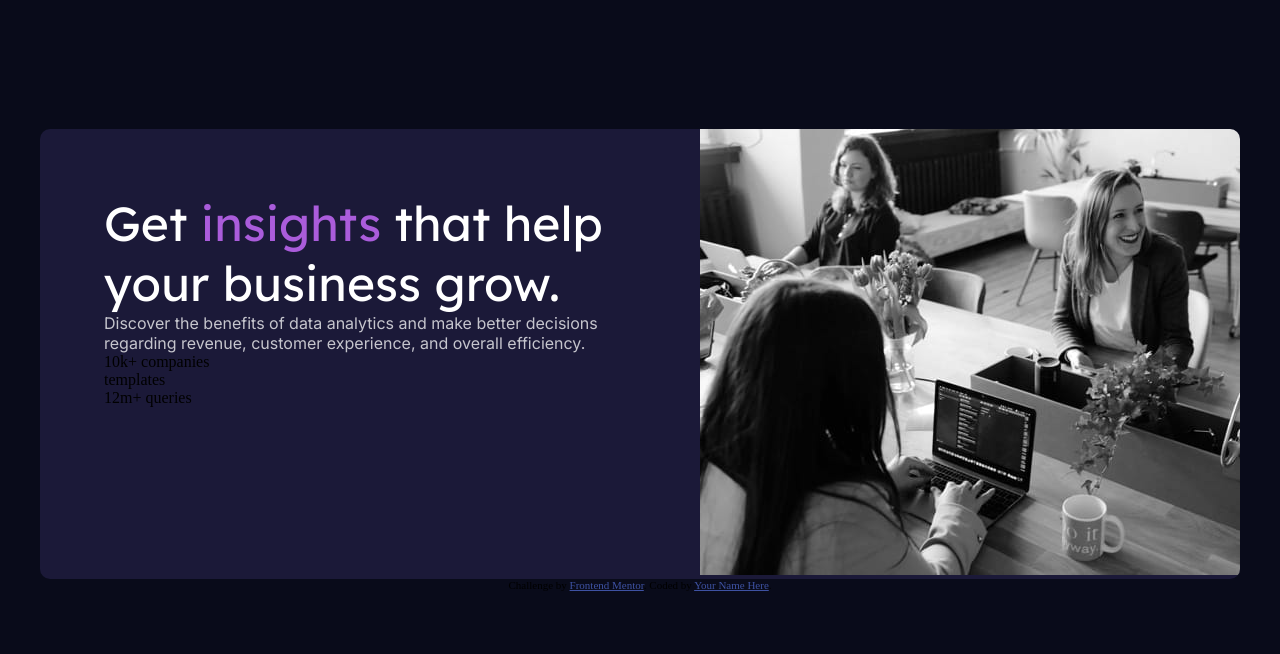
Repository: PratypartyY2K/frontendmentor-challenges
Page: stats-preview-card-component-main/index.html
These files come from the project's save history. The page is drawn as it stood at one moment and after the next save; the edit follows.
The browser window is 1280 px wide. The pictures show the whole page.

Above is the page before, as saved 2021-07-14 00:32:35.

After the next save:
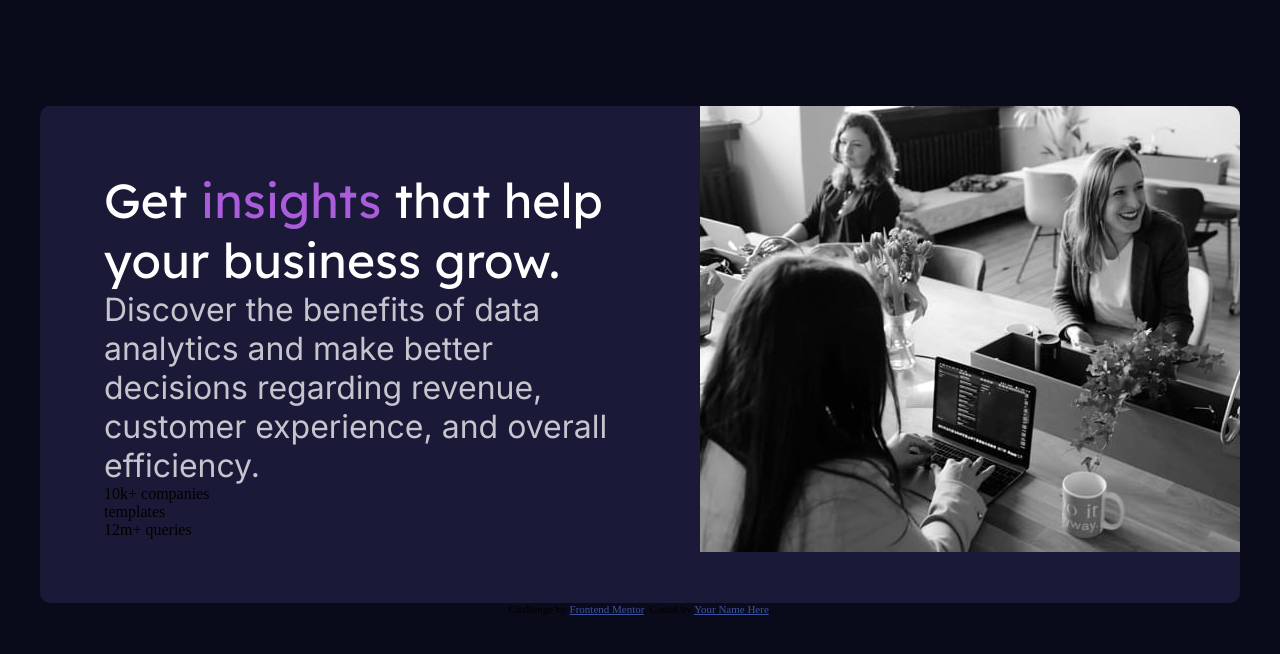
Saved 15 s later.
--- a/stats-preview-card-component-main/style.css
+++ b/stats-preview-card-component-main/style.css
@@ -38,7 +38,7 @@
 .card-content {
     color: hsla(0, 0%, 100%, 0.75);
     font-family: 'Inter', sans-serif;;
-    font-size: ;
+    font-size: 2rem;
 }
 
 

After the save that followed:
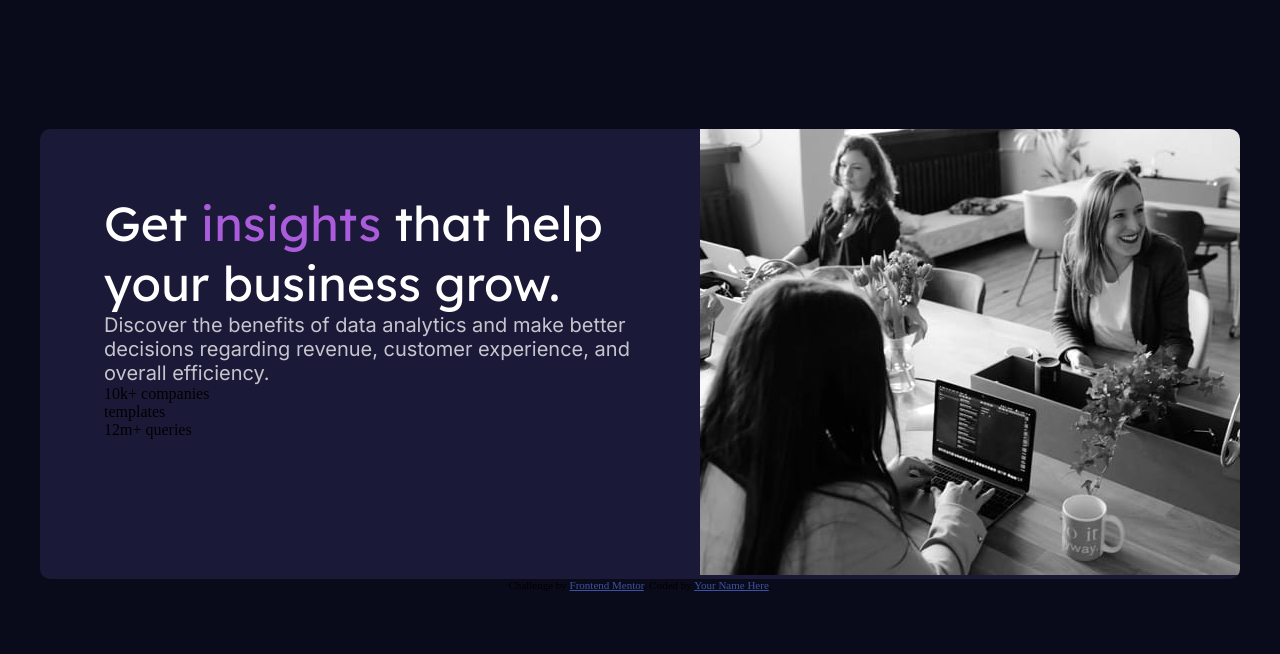
Saved 7 s later.
--- a/stats-preview-card-component-main/style.css
+++ b/stats-preview-card-component-main/style.css
@@ -38,7 +38,7 @@
 .card-content {
     color: hsla(0, 0%, 100%, 0.75);
     font-family: 'Inter', sans-serif;;
-    font-size: 2rem;
+    font-size: 1.25rem;
 }
 
 
